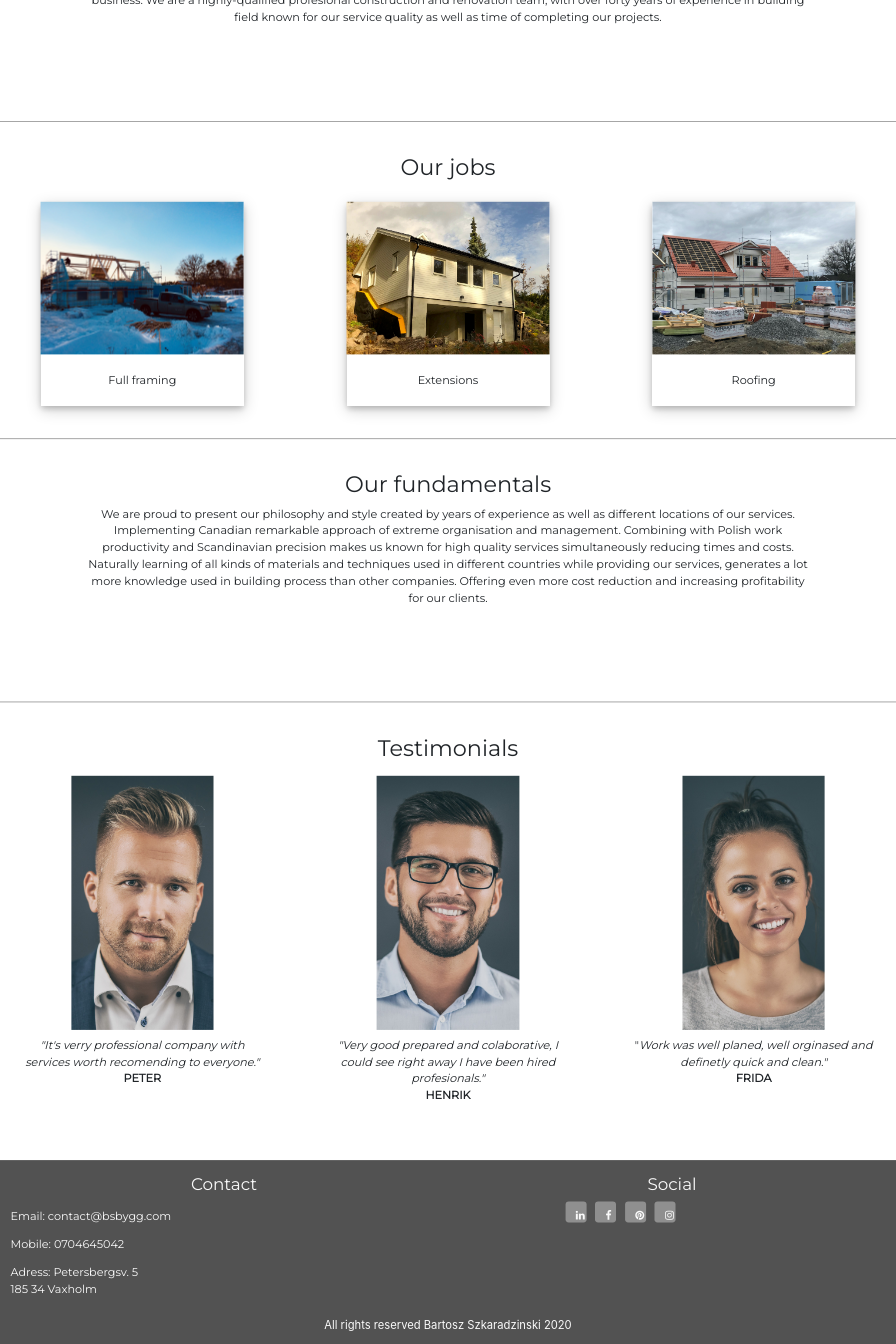
Repository: Bartie1982/milestone-project-1
Page: index.html
The author's editor kept a record of every edit. The page is drawn from the files as they stood at one moment, then again after the next edit.
The browser window is 1280 px wide. The pictures show the part of the page from y = 906 to 2826 px (the page is 2826 px tall), at 70% of full size.
Some web libraries are served in a nearby version.

Above is the page before.

### index.html
<!DOCTYPE html>
<html lang="en">

<head>
    <meta charset="UTF-8">
    <meta name="viewport" content="width=device-width, initial-scale=1.0">
    <meta http-equiv="X-UA-Compatible" content="ie=edge">
    <link rel="stylesheet" href="https://stackpath.bootstrapcdn.com/bootstrap/4.3.1/css/bootstrap.min.css" type="text/css" />
    <link rel="stylesheet" href="https://stackpath.bootstrapcdn.com/font-awesome/4.7.0/css/font-awesome.min.css" type="text/css" />
    <link rel="stylesheet" href="assets/css/style.css" type="text/css" />
    <title>BsBygg</title>
</head>

<body>
    <header>
        <div class="container-fluid h-50 d-inline-block">
            <div class="row">
                   <div class="mt-2  float-sm-left col-lg-2 col-md-3 col-sm-4 col-4">
                        <a href="index.html">
                        <img class="img logo" src="./assets/images/logo1.png" alt="Bs.bygg">
                        </a>
                    </div>
                    <div class="mt-2 col-lg-10 col-md-9 col-sm-8 col-8">
                            <nav class="mt-0 navbar navbar-expand-lg navbar-dark navbar-custom">
                            <a class="navbar-brand float-sm-left" href="index.html">Bs bygg</a>
                             <button class="navbar-toggler custom-toggler" type="button" data-toggle="collapse" data-target="#navbarNav" aria-controls="navbarNav" aria-expanded="false" aria-label="Toggle navigation">
                                    <span class="navbar-toggler-icon"></span>
                            </button>
                                <div class="navbar-brand collapse navbar-collapse" id="navbarNav">
                                    <ul class="navbar-nav">
                                        <li class="nav-item">
                                            <a class="navbar-brand" href="#about-us">About us</a>
                                        </li>
                                        <li class="nav-item">
                                            <a class="navbar-brand" href="#our-jobs">Our jobs</a>
                                        </li>
                                        <li class="nav-item">
                                            <a class="navbar-brand" href="#our-fundamentals">Our fundamentals</a>
                                        </li>
                                        <li class="nav-item">
                                            <a class="navbar-brand" href="#testimonials">Testimonials</a>
                                        </li>
                                        <li class="nav-item">
                                            <a class="navbar-brand" href="#contact">Contact</a>
                                        </li>
                                    </ul>
                                </div>

                        </nav>
                    </div>
        </div>
            </div>
            <div class="container-fluid h-50 d-inline-block">
                <div class="h-75 d-inline-block d-flex justify-content-center quote">
                        <p class="align-self-end ">Profesionals simply by working different!</p>
                </div>
            </div>
    </header>

    <section>
        <div class="d-flex justify-content-center" id="about-us">
            <div class="col-md-10 about-us">
                <h2>About-us</h2>

                <p class="text-space">Established in 1995 our company is a family bussines,
                started by my father who was providing construction and renovation services of all sorts in Sweden and Scandinavia.
                In 1999 My brother and I have joined my fathers company and together we expanded rapidly.
                Completing bigger and more complicated houses designs in Sweden, Danmark, Uk, Poland and Canada over time  we were growing and evolving to get framing and construction projects ahead simultaneously remaning in renovation business.
                We are a highly-qualified profesional construction and renovation team, with over forty years of experience in building field known for our service quality as well as time of completing our projects.
                </p>

            </div>
        </div>

        <div class="row">
            <div class="col-md-12 h-line4">
                <hr>
            </div>
        </div>

    </section>
    <section>
        <div class="row" id="our-jobs">
            <div class="col-md-12 Our-jobs">
                <h2>Our jobs</h2>
                    <div class="row d-flex justify-content-around">
                        <div class="col-sm-12 col-md-12 col-lg-4">
                            <div class="polaroid">
                        <img src="./assets/images/balsta-light.jpg" alt="Full framing" style="width:100%">
                             <div class="container p">
                             <p>Full framing</p>
                             </div>
                       </div>
                        </div>
                        <div class="col-sm-12 col-md-12 col-lg-4">
                            <div class="polaroid">
                        <img src="./assets/images/akersberga-ed.jpg" alt="Extensions" style="width:100%">
                             <div class="container p">
                             <p>Extensions</p>
                             </div>
                       </div>
                        </div>
                        <div class="col-sm-12 col-md-12 col-lg-4">
                            <div class="polaroid">
                        <img src="./assets/images/tak-arbetet-ed.jpg" alt="Roofing" style="width:100%">
                             <div class="container p">
                             <p>Roofing</p>
                         </div>
                        </div>
                    </div>
                </div>
            </div>
        </div>
    </section>
    <section>
        <div class="row">
            <div class="col-md-12 h-line3">
                <hr>
            </div>
        </div>
        <div class="d-flex justify-content-center" id="our-fundamentals">
            <div class="col-md-10 our-fundamentals">
                <h2>Our fundamentals</h2>

                <p class="text-space">We are proud to present our philosophy and style created by years of experience as well as different locations of our services.
                Implementing  Canadian remarkable approach of extreme organisation and management.
                Combining with Polish work productivity and Scandinavian precision makes us known for high quality services simultaneously reducing times and costs.
                Naturally learning of all kinds of materials and techniques used in different countries while providing our services, generates a lot more knowledge used in building process than other companies. Offering even more
                cost reduction and increasing profitability for our clients.
                </p>
            </div>
        </div>

        <div class="row">
            <div class="col-md-12 h-line4">
                <hr>
            </div>
        </div>
    </section>
    <section>
        <div class="row" id="testimonials">
            <div class="col-md-12 Testimonials">
                <h2>Testimonials</h2>
                    <div class="row people d-flex justify-content-around">
                        <div class="col-sm-12 col-md-4 person">
                            <img class="img-fluid" src="./assets/images/Face 6.jpg" alt="Peter">
                            <p class="text-space"><i>"It's verry professional company with services worth recomending to everyone."</i><br><b>PETER</b></p>
                        </div>
                        <div class="col-sm-12 col-md-4 person">
                            <img class="img-fluid" src="./assets/images/Face 4.jpg" alt="Henrik">
                            <p class="text-space"><i>"Very good prepared and colaborative, I could see right away I have been hired profesionals."</i><br><b>HENRIK</b></p>
                        </div>
                        <div class="col-sm-12 col-md-4 person">
                            <img class="img-fluid" src="./assets/images/Face 7.jpg" alt="Frida">
                            <p class="text-space">"<i>Work was well planed, well orginased and definetly quick and clean."</i><br><b>FRIDA</b></p>
                        </div>
                    </div>
            </div>
                <div class="row">
                    <div class="col-md-12 h-line4">
                        <hr>
                    </div>
                </div>
    </section>
    <footer class="container-fluid" id="contact">
        <div class="row">
                <div class="col-lg-6 col-md-6 col-sm-12 mx-auto">
                    <h4 class="d-flex justify-content-center general-sub">Contact</h4>

                        <div class="d-flex flex-column general-sub">
                            <div>
                            <p><b>Email:</b> contact@bsbygg.com</p>
                            </div>
                            <div>
                            <p><b>Mobile:</b> 0704645042 </p>
                            </div>
                            <div>
                            <p><b>Adress:</b> Petersbergsv. 5 <br>185 34 Vaxholm</p>
                        </div>
                </div>
        </div>
            <div class="col-lg-6 col-md-6 col-sm-12 social">
                <h4 class="general-sub d-flex justify-content-center">Social</h4>
                <ul class="list-inline social-links w-50 mx-auto">
                <li class="list-inline-item">
                    <a target="_blank" href="https://www.linkedin.com/">
                        <i class="fa fa-linkedin" aria-hidden="true"></i>
                        <span class="sr-only">Linkedin</span>
                    </a>
                </li>

                <li class="list-inline-item">
                    <a target="_blank" href="https://www.facebook.com/">
                        <i class="fa fa-facebook" aria-hidden="true"></i>
                        <span class="sr-only">Facebook</span>
                    </a>

                </li>
                <li class="list-inline-item">
                    <a target="_blank" href="https://www.pinterest.com/">
                        <i class="fa fa-pinterest" aria-hidden="true"></i>
                        <span class="sr-only">Pinterest</span>
                    </a>
                </li>
                <li class="list-inline-item">
                    <a target="_blank" href="https://www.instagram.com/">
                        <i class="fa fa-instagram" aria-hidden="true"></i>
                        <span class="sr-only">Instagram</span>
                    </a>
                </li>

                </ul>
            </div>
        </div>
        <div class="d-flex justify-content-center">
            <p class="">All rights reserved  Bartosz Szkaradzinski 2020</p>
        </div>
    </footer>
    <script src="https://code.jquery.com/jquery-3.2.1.slim.min.js" integrity="sha384-KJ3o2DKtIkvYIK3UENzmM7KCkRr/rE9/Qpg6aAZGJwFDMVNA/GpGFF93hXpG5KkN" crossorigin="anonymous"></script>
<script src="https://cdnjs.cloudflare.com/ajax/libs/popper.js/1.12.9/umd/popper.min.js" integrity="sha384-ApNbgh9B+Y1QKtv3Rn7W3mgPxhU9K/ScQsAP7hUibX39j7fakFPskvXusvfa0b4Q" crossorigin="anonymous"></script>
<script src="https://maxcdn.bootstrapcdn.com/bootstrap/4.0.0/js/bootstrap.min.js" integrity="sha384-JZR6Spejh4U02d8jOt6vLEHfe/JQGiRRSQQxSfFWpi1MquVdAyjUar5+76PVCmYl" crossorigin="anonymous"></script>
</body>

</html>

### assets/css/style.css
@import url('https://fonts.googleapis.com/css?family=Montserrat&display=swap:100,200,300,400,500,600,700|Exo:100,200,300,400,500,600,700');


/*----------------------------------------------Colours*/
.bg-color-name-title {
      color: #000234;
}



/*----------------------------------------------Heading*/

html, body {
    width: 100vw;
    overflow-x: hidden;
    overflow-y: auto;
}

header {
    height: 100vh;
    margin: 0;
    background: url("../images/Villa1.jpg");
    background-repeat: no-repeat;
    background-size: cover;


}

.logo {
    background-repeat: no-repeat;
    background-size: 30px;
    min-height: 20px;
    height: 50px;
    margin-top: inherit;
    margin-left: 20px;
    margin-right: 2px;
    padding-left: 0px;
    padding-right:0px;

}


.navbar {
    margin-right: auto;
    margin-left: auto;
    margin-top: 25px;

}

.navbar-dark {
    font-size: 22px;
    font-weight: 400;
}
.custom-toggler.navbar-toggler {
            border-color: lightgreen;
        }

.navbar-custom .navbar-brand,
.navbar-custom .navbar-text {
    color: #F0F8FF;
}

.quote {
    color: #F0FFF0;
    font-family: "Exo", Montserrat;
    font-weight: 100;
    font-size: 30px;
    text-align: center;


}


/*----------------------------------------------About us*/

.about-us {

    font-family: "Exo", Montserrat;
    margin-top: 30px;
    text-align: center;
    min-height: 300px;

}

/*----------------------------------------------Our fundamentals*/



.our-fundamentals {
    font-family: "Exo", Montserrat;
    margin-top: 30px;
    text-align: center;
    min-height: 300px;
}




/*----------------------------------------------Our jobs*/

.polaroid {
  width: 290px;
  box-shadow: 0 4px 8px 0 rgba(0, 0, 0, 0.2), 0 6px 20px 0 rgba(0, 0, 0, 0.19);
  text-align: center;
  margin: 30px auto 30px auto;

}

.Our-jobs {
    font-family: "Exo", Montserrat;
    margin-top: 30px;
    text-align: center;
    min-height: 300px;

}


/*----------------------------------------------Testimonials*/

.container p {
  padding: 25px;
}
.people {
    margin-top:20px;
    margin-bottom: 40px;
}
.person {

    height: inherit;
    margin-bottom: 30px;
}
.person img {
    width: 50%;
    margin-left: auto;
    margin-right: auto;
}
.person p {
    padding-left: 30px;
    padding-right: 30px;
}


.name {
    font-family: "Exo", Montserrat;
    background-position: center;
    margin-top: 50px;
    font-weight: 100;
    min-height: 100px;
    font-size: 46px;
    color: #fff;

}

.Testimonials {
    font-family: "Exo", Montserrat;
    margin-top: 30px;
    text-align: center;
    min-height: 300px;

}

/*----------------------------------------------Spacers/lines/margins/paddings/text */

h1,
h2,
h3,
h4 {
       margin: 0;
}

hr {
    background-color: grey;
    height: 1px;
    border: 0; }

.h-line3 {
    margin-top: 0;

}

.h-line4 {
    margin-top: 1%;
}

.text-space {
    margin-top: 10px;
    margin-bottom: 10px;
}

.general-sub {
    margin-top: 20px;
    margin-bottom: 10px;
    color: #fafafa;
    font-family: "Exo", Montserrat;
    font-weight: 300;

}

.inline-block {
    display: inline-block;

}

/*----------------------------------------------Footer*/

footer {
    background-color: #525252;
    color: #fafafa;
    min-height: 240px;
}

.contact {
    margin-left: auto;
    margin-right: auto;

}

.quote-pdf i {
    font-size: 20px;
    color: #fafafa;
    text-align: center;
    padding-left: 8px;
    transition: all 0.45s ease-in;
    -moz-transition: all 0.45s ease-in;
    -webkit-transition: all 0.45s ease-in;
    -o-transition: all 0.45s ease-in;
}

.quote-pdf i:hover {
    color: #40A8AF;

}
.social {
     margin-right: auto;
     margin-left: auto;
}

.social-links li a i {
    width: 30px;
    height:30px;
    padding: 15px;
    border-radius: 15%;
    font-size: 15px;
    line-height: 10px;
    text-align: center;
    color: #fafafa;
    background: #8f8f8f;
    transition: all 0.35s ease-in;
    -moz-transition: all 0.35s ease-in;
    -webkit-transition: all 0.35s ease-in;
    -o-transition: all 0.35s ease-in;
}

.social-links li a i:hover {
    background: #40A8AF;
}

After the next edit:
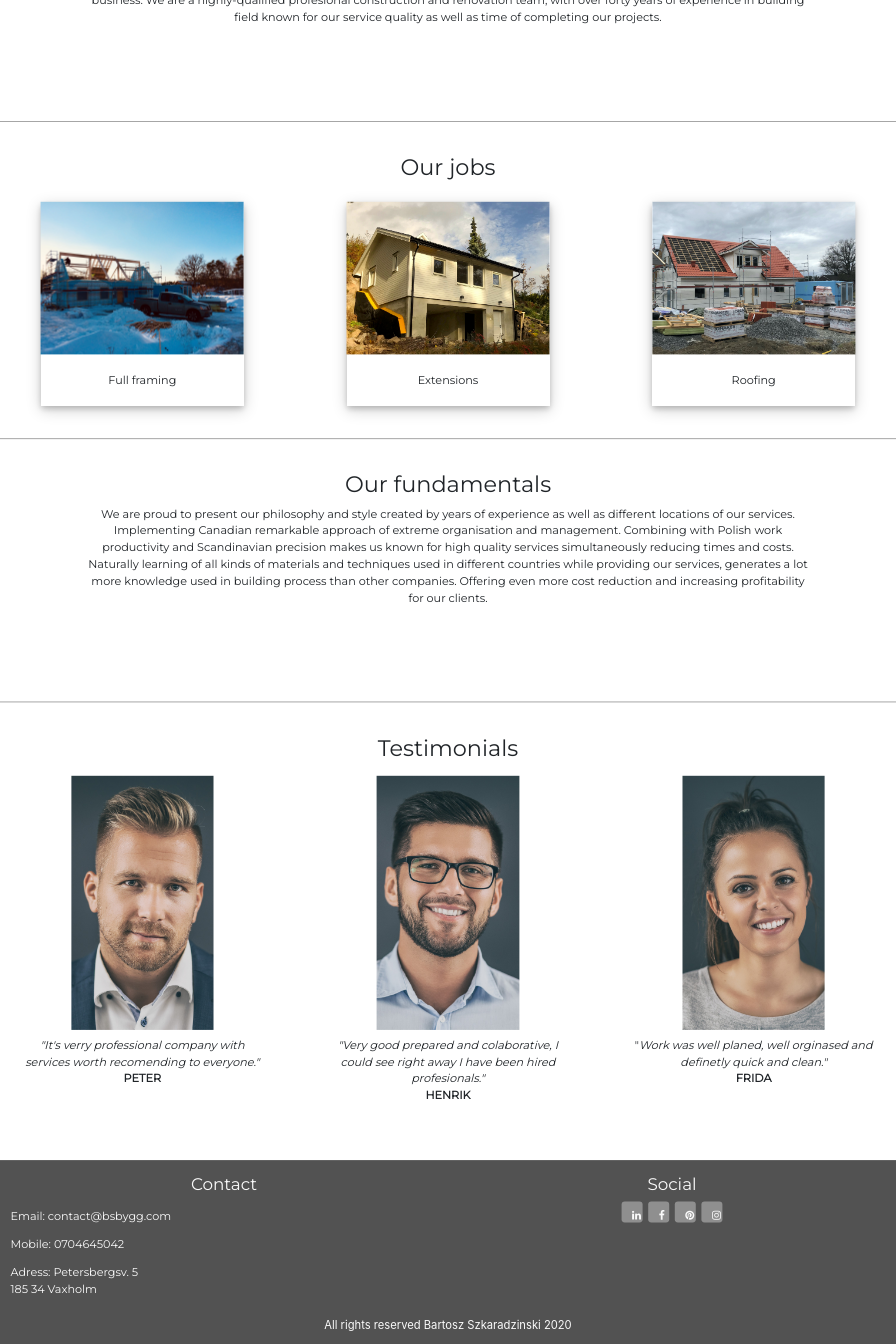
The edit:
--- a/index.html
+++ b/index.html
@@ -181,7 +181,7 @@
         </div>
             <div class="col-lg-6 col-md-6 col-sm-12 social">
                 <h4 class="general-sub d-flex justify-content-center">Social</h4>
-                <ul class="list-inline social-links w-50 mx-auto">
+                <ul class="list-inline social-links d-flex justify-content-center">
                 <li class="list-inline-item">
                     <a target="_blank" href="https://www.linkedin.com/">
                         <i class="fa fa-linkedin" aria-hidden="true"></i>
